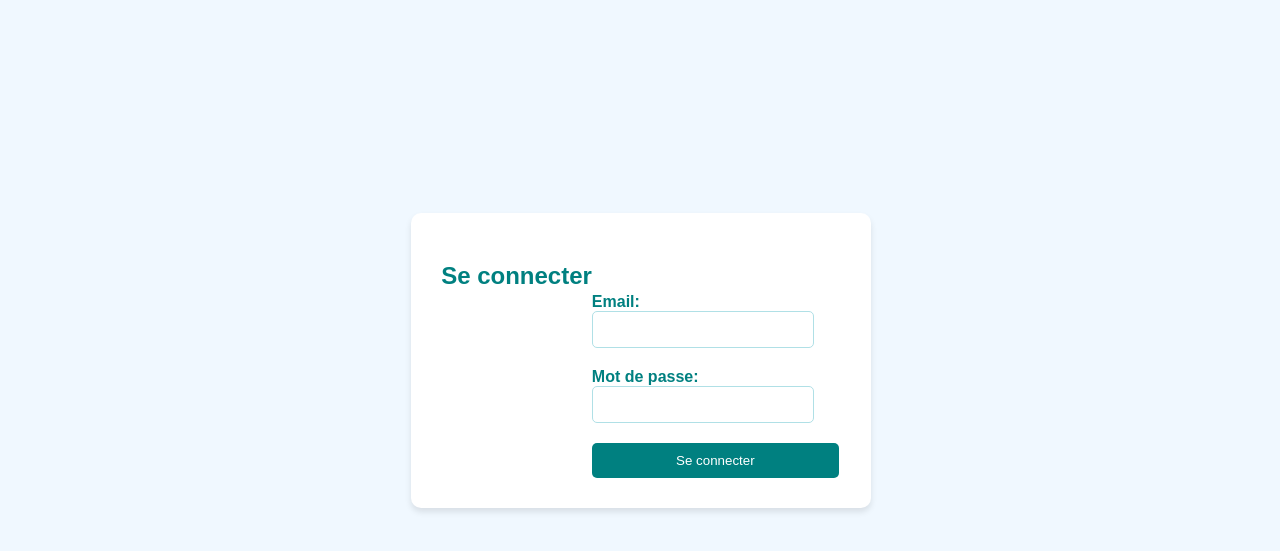
Repository: marwaouahouah1/OdysseyOfMemories
Page: / (app in frontend/)
An editor plug-in stored every save of this project. The page is shown before and after a run of saves, followed by the edit.
The browser window is 1280 px wide. The pictures show the whole page.
The page's requests for data from a server got no answer. The project was rebuilt for these pictures with package versions that can differ from the ones it lists, and the page was loaded fresh each time. No one was signed in, and anything a server would have sent is missing. Also part of the build but not shown: frontend/src/User/SignUp/SignUpUser.js, frontend/src/User/Profile/Profile.js.

Above is the page before, as saved 2023-04-02 10:24:49.

After the next 2 saves:
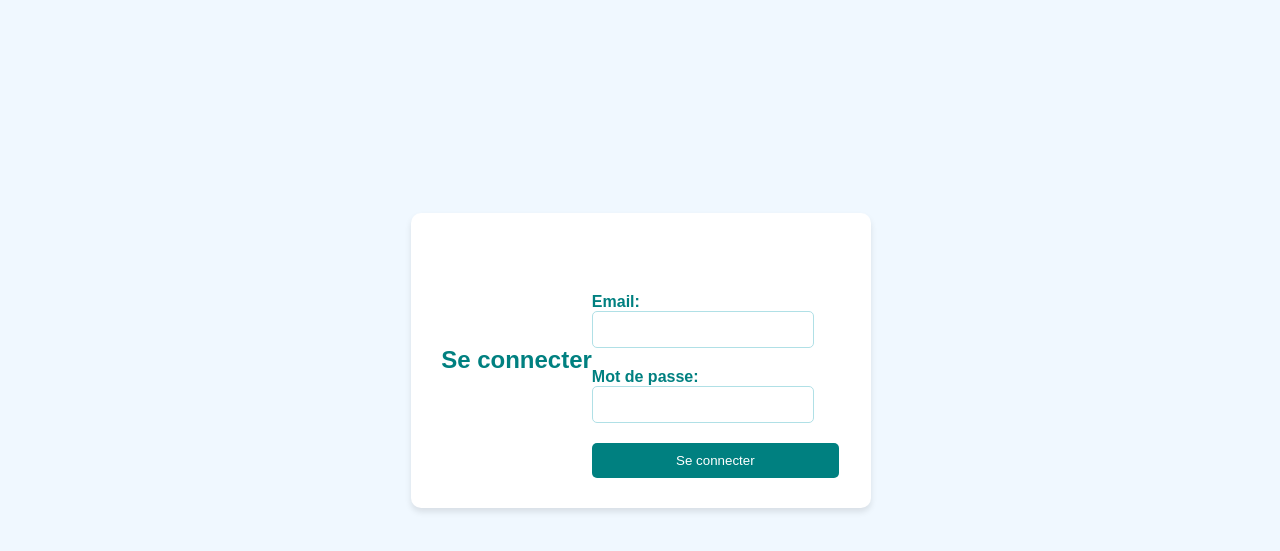
The 2 saves are shown as one change because they came seconds apart.
The last was saved 8 s later.
--- a/frontend/src/User/user.css
+++ b/frontend/src/User/user.css
@@ -78,5 +78,5 @@ body {
     border-radius: 10px;
     box-shadow: 0 4px 6px rgba(0, 0, 0, 0.1);
     display: flex;
-    ali
+    align-items: center;
   }
